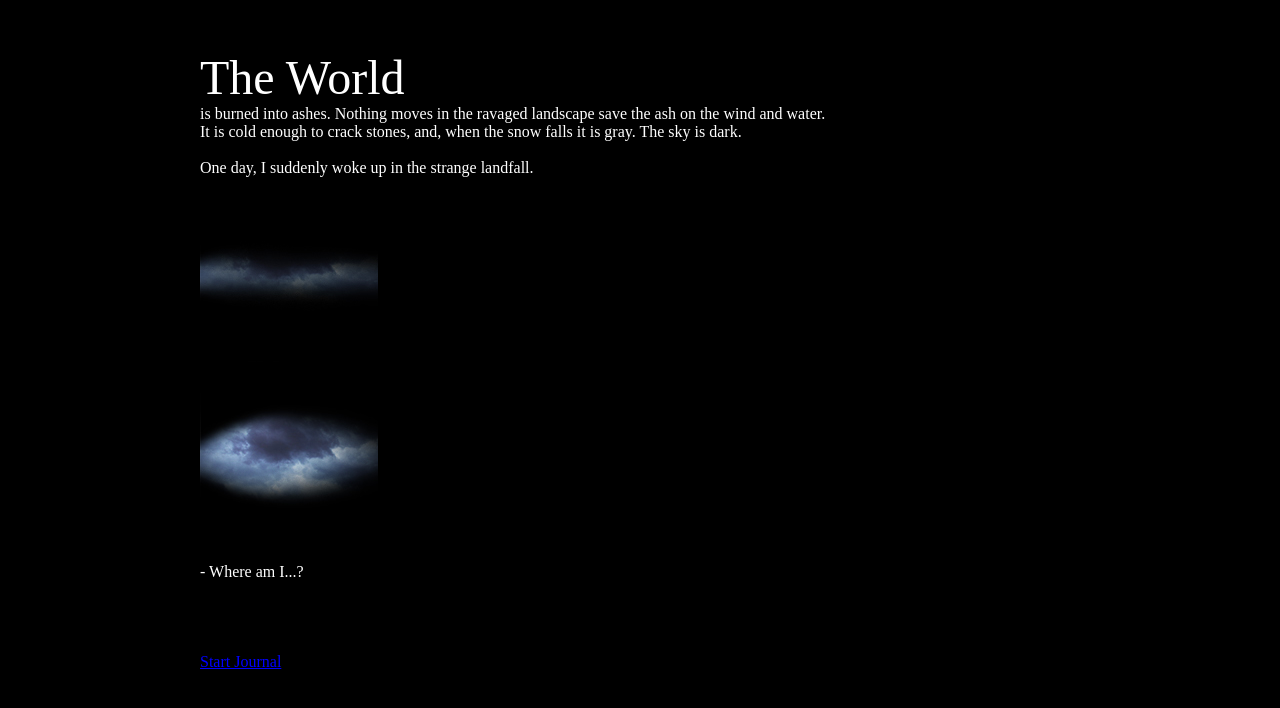
Repository: simj959/simj959.github.io
Page: final_website/index.html
The author's editor kept a record of every edit. The page is drawn from the files as they stood at one moment, then again after the next edit.
The browser window is 1280 px wide. The pictures show the whole page.

Above is the page before.

After the next edit:
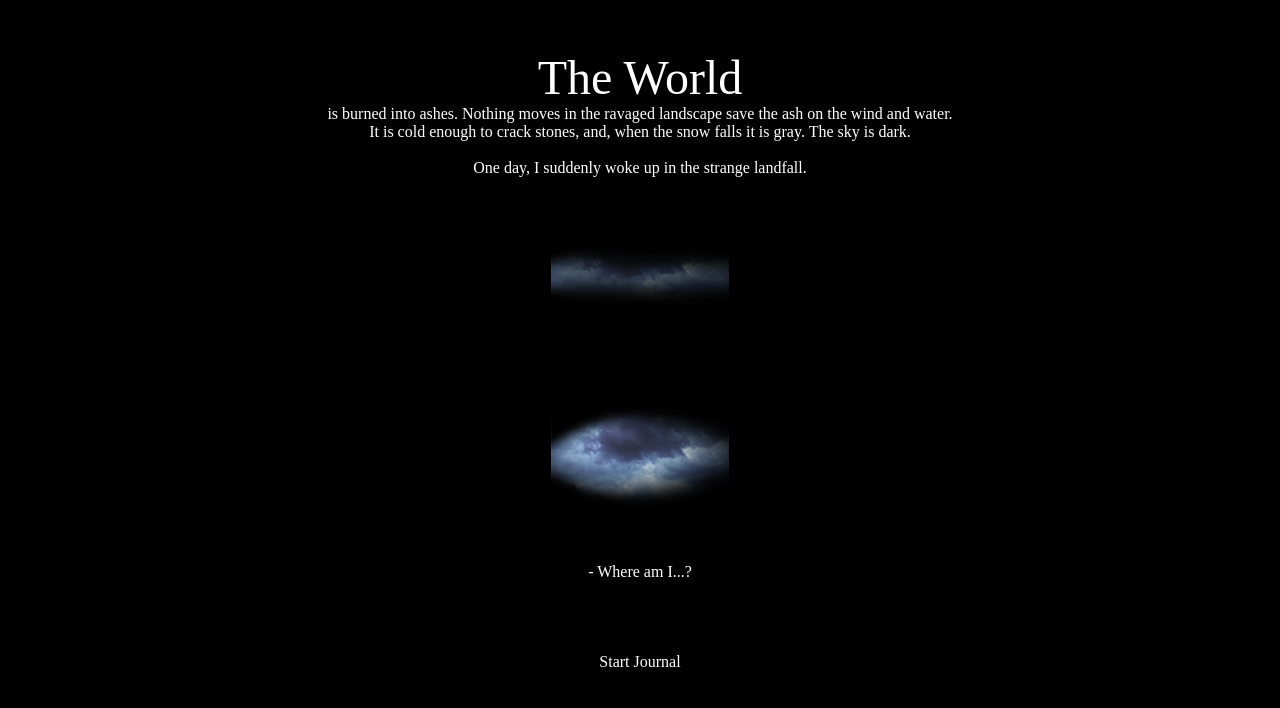
The edit:
--- a/final_website/index.html
+++ b/final_website/index.html
@@ -1,6 +1,7 @@
 <!DOCTYPE html>
 <html>
-    <head>
+    <center>
+    <head>  	<link rel="stylesheet" href="style.css">
         <title>The Road</title>
     </head>
 
